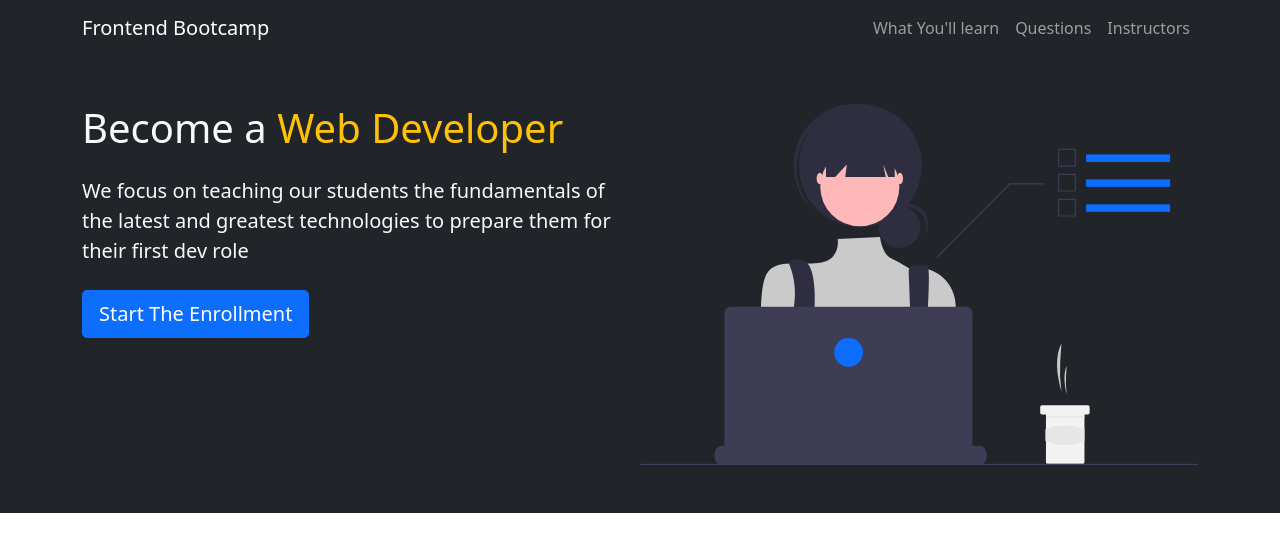
Repository: Marhamat92/Bootstrap5-Responsive-Website-
Page: index.html
These files come from the project's save history. The page is drawn as it stood at one moment and after the next save; the edit follows.
The browser window is 1280 px wide. The pictures show the whole page.

Above is the page before, as saved 2021-09-18 16:18:04.

After the next save:
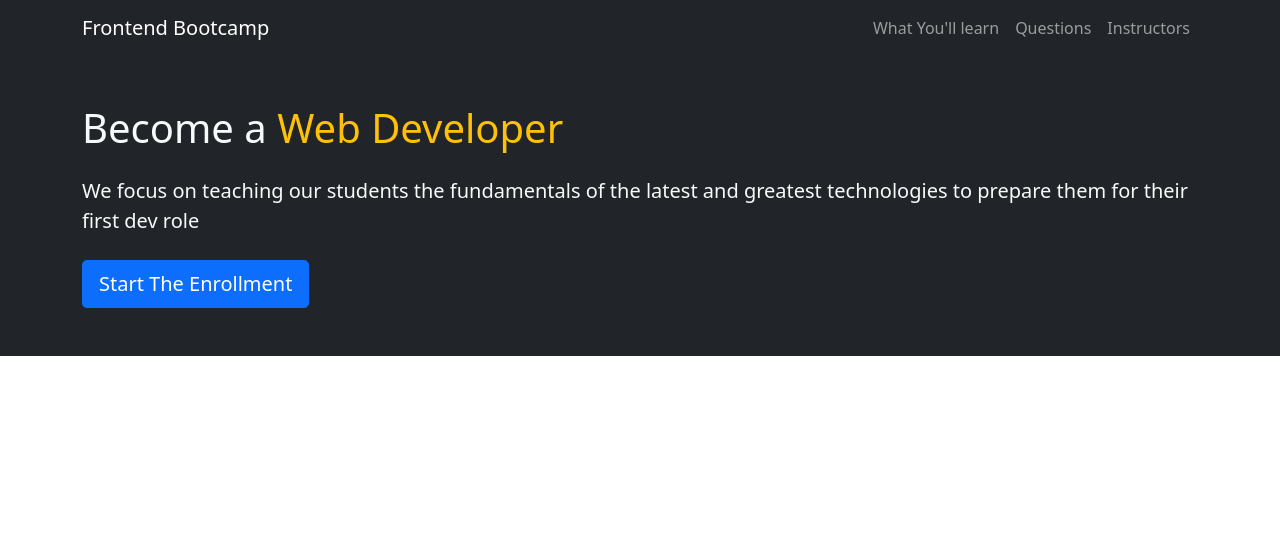
Saved 63 s later.
--- a/index.html
+++ b/index.html
@@ -48,7 +48,7 @@
               </p>
               <button class="btn btn-primary btn-lg">Start The Enrollment</button>
           </div>
-          <img class="img-fluid w-50" src="img/showcase.svg" alt="showcase">
+          <img class="img-fluid w-50 d-none " src="img/showcase.svg" alt="showcase">
       </div>
     </div>
 </section>

After the save that followed:
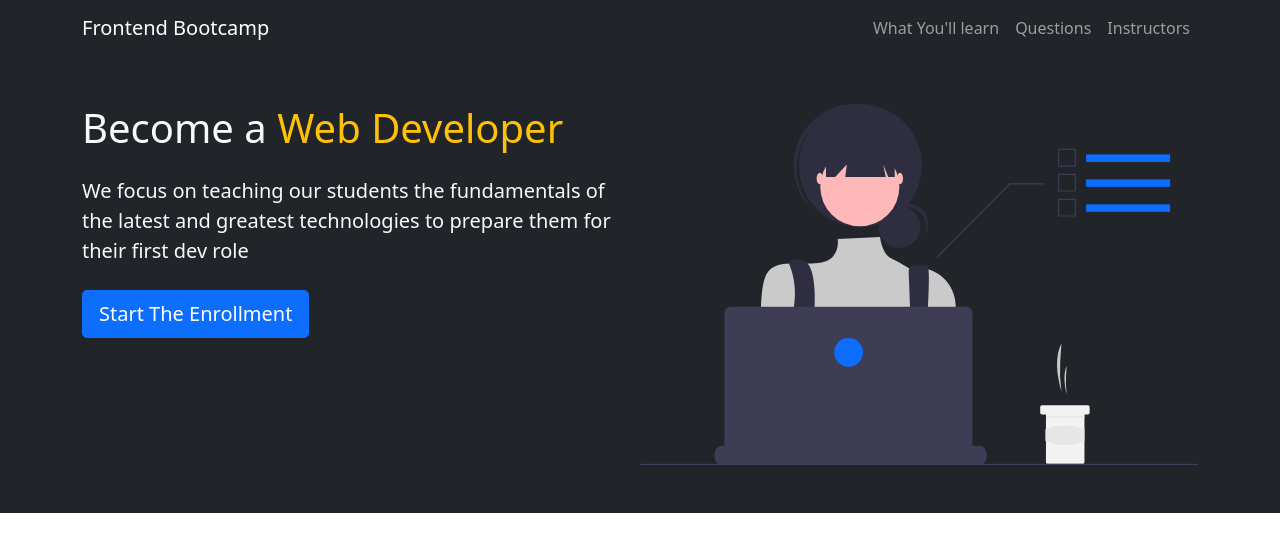
Saved 12 s later.
--- a/index.html
+++ b/index.html
@@ -48,7 +48,7 @@
               </p>
               <button class="btn btn-primary btn-lg">Start The Enrollment</button>
           </div>
-          <img class="img-fluid w-50 d-none " src="img/showcase.svg" alt="showcase">
+          <img class="img-fluid w-50 d-none d-sm-block" src="img/showcase.svg" alt="showcase">
       </div>
     </div>
 </section>
